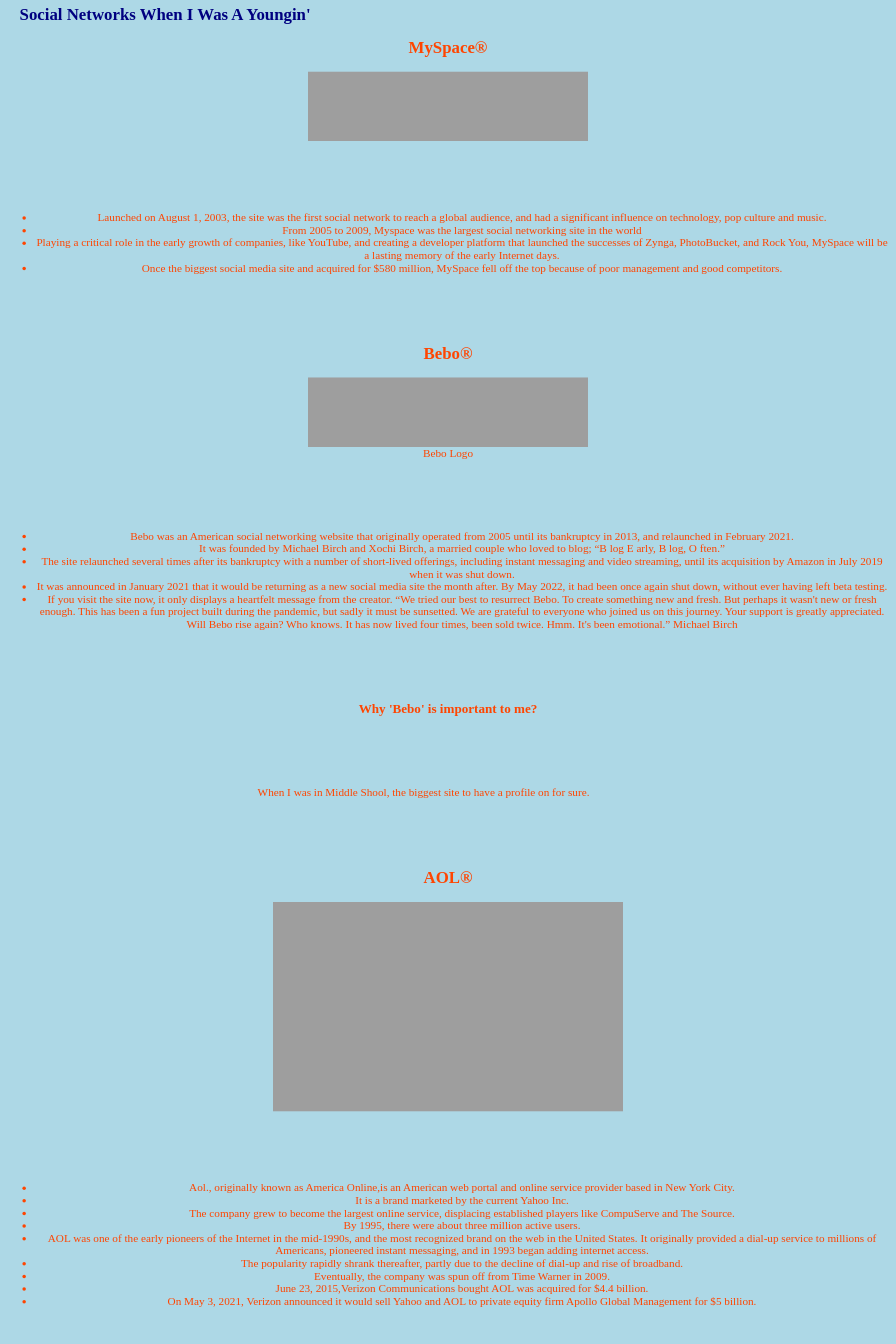
Repository: AndrewGrantt/LC101
Page: LC101/js-assignment-4-html-me-something-buffylow/index.html
The author's editor kept a copy of each file at every save. The page is drawn from the files as they stood at one save, then again after the next save.
The browser window is 1280 px wide. The pictures show the part of the page from y = 0 to 1920 px (the page is 1994 px tall before and 3294 px after), at 70% of full size.
Pictures or frames that could not be fetched are drawn as grey boxes.

Above is the page before, as saved 2022-07-15 06:14:12.

### LC101/js-assignment-4-html-me-something-buffylow/index.html
<html>
<head>
<title>SOCIAL NETWORKS FOR THE AGES</title>
<link rel="stylesheet" href="styles.css">
</head>
<body>

<article class="all-sites">
  <h1>Social Networks When I Was A Youngin'</h1>
  <article class="sites">

    <h2>MySpace&reg;</h2>
    <img src="/images/MySpace_logo.jpg" alt="MySpace Logo 2004-2010" width="400" height="100">
    <p>
     <ul>
      <li>Launched on August 1, 2003, the site was the first social network to reach a global audience, and had a significant influence on technology, pop culture and music.</li>

      <li>From 2005 to 2009, Myspace was the largest social networking site in the world</li>

      <li>Playing a critical role in the early growth of companies, like YouTube, and creating a developer platform that launched the successes of Zynga, PhotoBucket, and Rock You, MySpace will be a lasting memory of the early Internet days. </li>

      <li> Once the biggest social media site and acquired for $580 million, MySpace fell off the top because of poor management and good competitors. </li>
     </ul>
   </p>

  </article>

  <article class="sites">
    <h2>Bebo&reg;</h2>
    <figure>
      <img src="/images/bebo.jpg" alt="Bebo Logo" width="400" height="100">
      <figcaption>Bebo Logo</a></figcaption>
   </figure>
    <p>
    <ul>
      <li>Bebo was an American social networking website that originally operated from 2005 until its bankruptcy in 2013, and relaunched in February 2021.</li>
          <li>It was founded by Michael Birch and Xochi Birch, a married couple who loved to blog;
          “B log E arly, B log, O ften.” </li>
      <li>The site relaunched several times after its bankruptcy with a number of short-lived offerings, including instant messaging and video streaming, until its acquisition by Amazon in July 2019 when it was shut down. </li>
      <li>It was announced in January 2021 that it would be returning as a new social media site the month after. By May 2022, it had been once again shut down, without ever having left beta testing. </li>
     <li> If you visit the site now, it only displays a heartfelt message from the creator.


      “We tried our best to resurrect Bebo.
      To create something new and fresh.
      But perhaps it wasn't new or fresh enough.
      This has been a fun project built during the pandemic, but sadly it must be sunsetted. We are grateful to everyone who joined us on this journey. Your support is greatly appreciated.
      Will Bebo rise again?
      Who knows. It has now lived four times, been sold twice. Hmm.
      It's been emotional.”

      Michael Birch</li>
   </ul>
   </p>
      <h3> Why 'Bebo' is important to me?</h3>
      <p>
         When I was in Middle Shool, the biggest site to have a profile on for sure.
      </p>
  </article>
  <article class="sites">
    <h2>AOL&reg;</h2>
    <img src="/images/AOL.jpg" alt="AOL Logo" width="500" height="300">
    <p>
      <ul>
      <li>Aol., originally known as America Online,is an American web portal and online service provider based in New York City.</li>
      <li>It is a brand marketed by the current Yahoo Inc.</li>
      <li>The company grew to become the largest online service, displacing established players like CompuServe and The Source. </li>
      <li>By 1995, there were about three million active users.</li>
      <li>AOL was one of the early pioneers of the Internet in the mid-1990s, and the most recognized brand on the web in the United States. It originally provided a dial-up service to millions of Americans, pioneered instant messaging, and in 1993 began adding internet access.</li>
       <li>The popularity rapidly shrank thereafter, partly due to the decline of dial-up and rise of broadband.</li>
      <li>Eventually, the company was spun off from Time Warner in 2009.</li>
      <li>June 23, 2015,Verizon Communications bought AOL was acquired for $4.4 billion.</li>
      <li>On May 3, 2021, Verizon announced it would sell Yahoo and AOL to private equity firm Apollo Global Management for $5 billion.</li>
      </ul>
      </p>
  </article>
</article>
<footer>
   I CAN'T FORGET ABOUT THE SITES THAT MADE US

  --- &copy; Andrew 'BuffyLow' Grant---
</footer>
</body>
</html>

### LC101/js-assignment-4-html-me-something-buffylow/styles.css

body {
    background-color: lightblue;
  }

  h1 {
    color: navy;
    margin-left: 20px;
  }

    .sites {
    color: orangered;
    text-align: center;
  }
  p {
    margin-top: 100px;
    margin-bottom: 100px;
    margin-right: 150px;
    margin-left: 80px;
  }
  div {
    padding-top: 50px;
    padding-right: 30px;
    padding-bottom: 50px;
    padding-left: 80px;
    color: red
  }

After the next save:
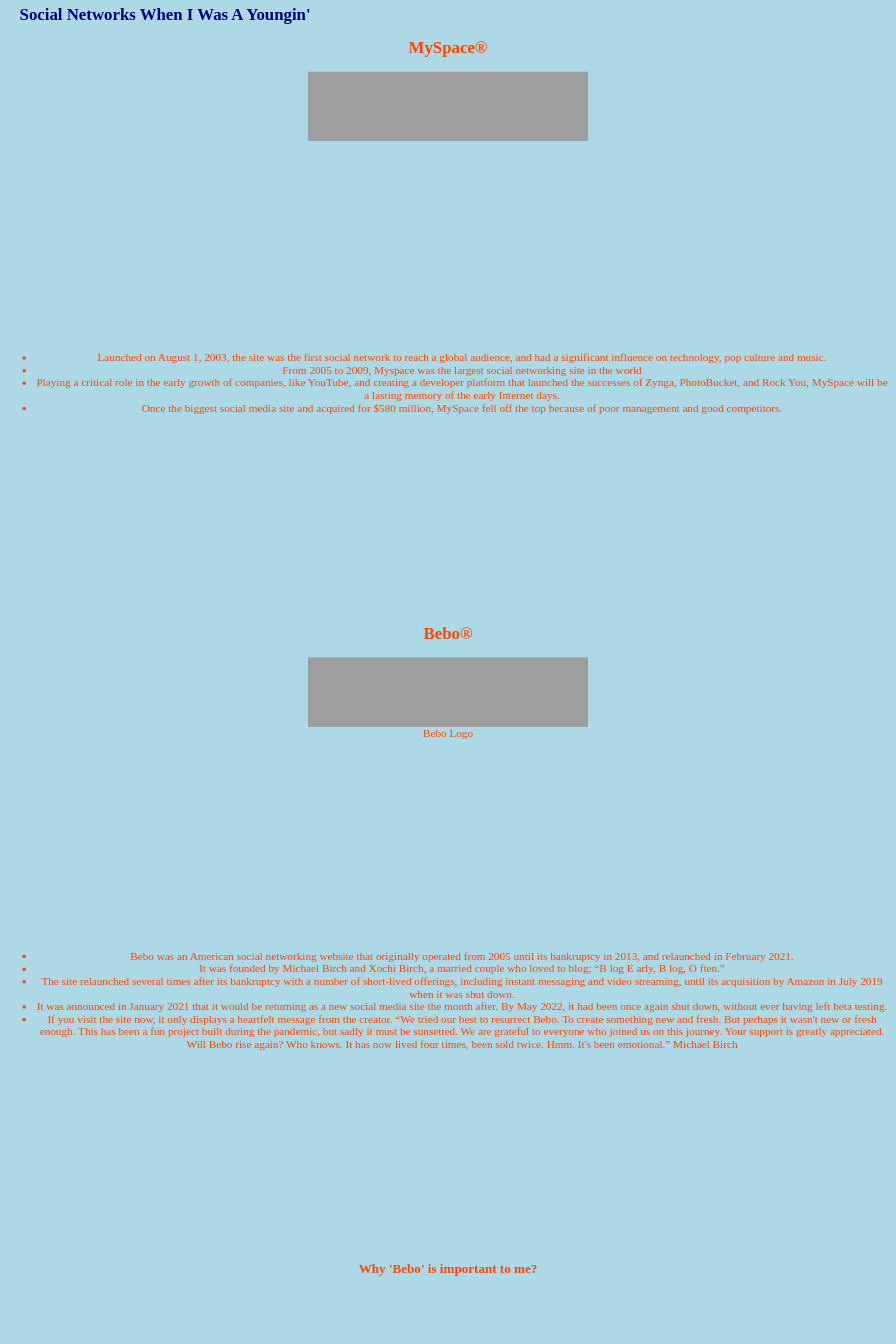
Saved 49 s later.
--- a/LC101/js-assignment-4-html-me-something-buffylow/styles.css
+++ b/LC101/js-assignment-4-html-me-something-buffylow/styles.css
@@ -17,8 +17,7 @@
     margin-bottom: 100px;
     margin-right: 150px;
     margin-left: 80px;
-  }
-  div {
+
     padding-top: 50px;
     padding-right: 30px;
     padding-bottom: 50px;
